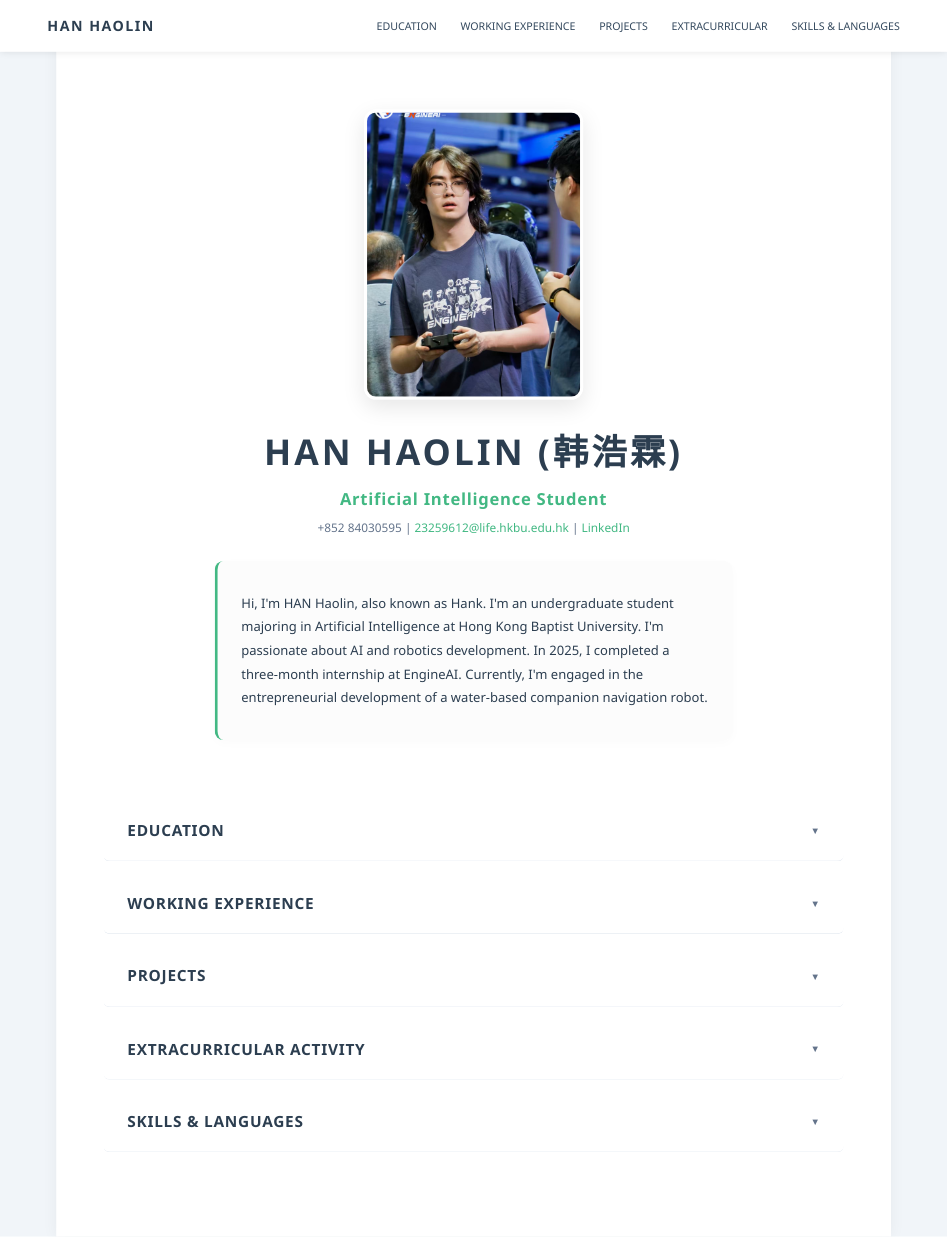
Repository: hhl2802149944-afk/hhl2802149944-afk.github.io
Page: /
The author's editor kept a copy of each file at every save. The page is drawn from the files as they stood at one save, then again after the next save.
The browser window is 1280 px wide. The pictures show the whole page, at 74% of full size.
The project was rebuilt for these pictures with package versions that can differ from the ones it lists, and the page was loaded fresh each time. Also part of the build but not shown: vite.config.js, src/components/ProjectCard.vue.

Above is the page before, as saved 2026-01-19 15:36:14.

### index.html
<!DOCTYPE html>
<html lang="en">
  <head>
    <meta charset="UTF-8">
    <link rel="icon" href="/favicon.ico">
    <meta name="viewport" content="width=device-width, initial-scale=1.0">
    <title>Han Haolin - Resume</title>
  </head>
  <body>
    <div id="app"></div>
    <script type="module" src="/src/main.js"></script>
  </body>
</html>

### src/App.vue
<script setup>
import { RouterView } from 'vue-router'
</script>

<template>
  <RouterView />
</template>

<style>
/* Global styles can go here */
</style>

### src/assets/main.css
:root {
  --primary-color: #2c3e50;
  --secondary-color: #34495e;
  --accent-color: #42b883;
  --text-color: #2c3e50;
  --light-text: #64748b;
  --bg-color: #f1f5f9;
  --card-bg: #ffffff;
  --border-color: #e2e8f0;
}

body {
  margin: 0;
  font-family: 'Segoe UI', Roboto, Helvetica, Arial, sans-serif;
  background-color: var(--bg-color);
  color: var(--text-color);
  line-height: 1.6;
}

#app {
  max-width: 1000px;
  margin: 0 auto;
  min-height: 100vh;
  background-color: white;
  box-shadow: 0 0 20px rgba(0,0,0,0.05);
  padding: 3rem 4rem;
}

h1, h2, h3, h4 {
  color: var(--primary-color);
  margin-top: 0;
}

a {
  color: var(--accent-color);
  text-decoration: none;
  transition: color 0.2s;
}

a:hover {
  color: var(--secondary-color);
  text-decoration: underline;
}

@media (max-width: 768px) {
  #app {
    padding: 2rem;
  }
}

@media (max-width: 480px) {
  #app {
    padding: 1rem;
  }
}

### src/views/HomeView.vue
<script setup>
import NavBar from '../components/NavBar.vue'
import ResumeHeader from '../components/ResumeHeader.vue'
import ResumeSection from '../components/ResumeSection.vue'
import ProjectCard from '../components/ProjectCard.vue'

const resumeData = {
  name: "Han Haolin (韩浩霖)",
  title: "Artificial Intelligence Student",
  summary: "Hi, I'm HAN Haolin, also known as Hank. I'm an undergraduate student majoring in Artificial Intelligence at Hong Kong Baptist University. I'm passionate about AI and robotics development. In 2025, I completed a three-month internship at EngineAI. Currently, I'm engaged in the entrepreneurial development of a water-based companion navigation robot.",
  contact: {
    phone: "+852 84030595",
    email: "23259612@life.hkbu.edu.hk",
    linkedin: "https://linkedin.com/in/HaolinHAN"
  },
  education: {
    school: "Hong Kong Baptist University",
    major: "Artificial Intelligence",
    gpa: "3.01/4",
    courses: ["Artificial Intelligence and Machine Learning", "Software Engineering", "Data Communications and Networking"]
  },
  experience: [
    {
      name: "EngineAI Robotics Technology Co., Ltd.",
      date: "May - Aug 2025",
      role: "Robot Embedded Software Intern",
      details: [
        "Learning robot embedded software development based on the Ubuntu system, conducting factory testing of products and developing with the Intel RealSense D435i.",
        "Participate in world-class artificial intelligence exhibitions such as Macau EXPO and WRC, showcasing company products while conducting market research and sales activities"
      ]
    },
    {
      name: "Student Helper for Computer Science",
      date: "Nov - Dec 2024",
      role: "Hong Kong Baptist University",
      details: [
        "Facilitated weekly Python programming labs under professor supervision.",
        "Providing hands-on coding guidance to 30+ undergraduate students."
      ]
    }
  ],
  projects: [
    {
      name: "Internship Management System Documentation",
      date: "Oct 2025 - Dec 2025",
      role: "Software Engineering Project",
      details: [
        "Proposal for Enhancements and Testing Plan for the Internship System.",
        "Total: 105 pages, 13,377 words."
      ]
    },
    {
      name: "Online Multiplayer Drawing and Chat Platform",
      date: "2025",
      role: "Full-Stack Developer",
      details: [
        "Designed and implemented a real-time multiplayer drawing and chat system.",
        "Full-Stack Design for a Library Management Website."
      ]
    },
    {
      name: "Java Game Development Portfolio",
      date: "2024",
      role: "Game Programmer",
      details: [
        "Successfully developed three classic games: Labyrinth, Tetris, and Modern Art.",
        "Designed and developed an original computer game as an independent project."
      ]
    },
    {
      name: "Soccer Recognition AI System",
      date: "2025",
      role: "AI Developer",
      details: [
        "Developed an autonomous model for identifying and tracking players and the ball in soccer footage.",
        "Implemented computer vision algorithms to process real-time sports video data."
      ]
    }
  ],
  extracurricular: [
    {
      name: "Internal Vice President",
      date: "Apr 2024 - Apr 2025",
      role: "HKBU Chinese Students and Scholars Association",
      details: [
        "Communicated with executive board members, organized team building, and improved cohesion.",
        "Organised a two-week orientation programme for 300 new mainland students.",
        "Managed a total of 13 events during the year."
      ]
    },
    {
      name: "ROBOCON 2025，HKBU",
      date: "Dec 2024 - Jan 2025",
      role: "Mechanical Design and Programming Engineer",
      details: [
        "Mechanical designer for the HKBU team in the 2025 Robocon robotics competition.",
        "Assisted with site identification and programming of AI autonomous task modules."
      ]
    }
  ],
  skills: {
    programming: ["Python", "Java", "Javascript", "HTML", "Markdown"],
    ai_tech: ["CNN", "RNN", "GAN", "Ubuntu"],
    publicity: ["Canva", "WeChat Public", "Capcut"]
  },
  languages: [
    { name: "Mandarin", level: "Native" },
    { name: "English", level: "Fluent" },
    { name: "Cantonese", level: "Basic" }
  ]
}
</script>

<template>
  <NavBar />
  <main class="resume-container">
    <ResumeHeader
      :name="resumeData.name"
      :title="resumeData.title"
      :contact="resumeData.contact"
      :summary="resumeData.summary"
    />

    <ResumeSection title="Education" id="education">
      <div class="education-item">
        <div class="edu-header">
          <h3>{{ resumeData.education.school }}</h3>
          <span class="gpa">cGPA: {{ resumeData.education.gpa }}</span>
        </div>
        <p class="major">Major: {{ resumeData.education.major }}</p>
        <p class="courses"><strong>Core Courses:</strong> {{ resumeData.education.courses.join(', ') }}</p>
      </div>
    </ResumeSection>

    <ResumeSection title="Working Experience" id="experience">
      <ProjectCard
        v-for="(exp, index) in resumeData.experience"
        :key="index"
        :project="exp"
      />
    </ResumeSection>

    <ResumeSection title="Projects" id="projects">
      <ProjectCard
        v-for="(proj, index) in resumeData.projects"
        :key="index"
        :project="proj"
      />
    </ResumeSection>

    <ResumeSection title="Extracurricular Activity" id="extracurricular">
      <ProjectCard
        v-for="(item, index) in resumeData.extracurricular"
        :key="index"
        :project="item"
      />
    </ResumeSection>

    <ResumeSection title="Skills & Languages" id="skills">
      <div class="skills-lang-grid">
        <div class="skills-grid">
          <div class="skill-category">
            <h4>Programming</h4>
            <div class="skill-tags">
              <span v-for="skill in resumeData.skills.programming" :key="skill" class="tag">{{ skill }}</span>
            </div>
          </div>
          <div class="skill-category">
            <h4>AI & Tools</h4>
            <div class="skill-tags">
              <span v-for="skill in resumeData.skills.ai_tech" :key="skill" class="tag">{{ skill }}</span>
            </div>
          </div>
          <div class="skill-category">
            <h4>Publicity & Design</h4>
            <div class="skill-tags">
              <span v-for="skill in resumeData.skills.publicity" :key="skill" class="tag">{{ skill }}</span>
            </div>
          </div>
        </div>

        <div class="lang-list">
          <div v-for="lang in resumeData.languages" :key="lang.name" class="lang-item">
            <span class="lang-name">{{ lang.name }}</span>
            <span class="lang-level">{{ lang.level }}</span>
          </div>
        </div>
      </div>
    </ResumeSection>
  </main>
</template>

<style scoped>
.resume-container {
  padding-bottom: 50px;
}

.education-item {
  margin-bottom: 1.5rem;
}

.edu-header {
  display: flex;
  justify-content: space-between;
  align-items: center;
}

.major {
  font-weight: bold;
  color: var(--accent-color);
  margin: 0.2rem 0;
}

.courses {
  font-size: 0.9rem;
  color: #555;
}

.skills-lang-grid {
  display: grid;
  grid-template-columns: 2fr 1fr;
  gap: 2rem;
  align-items: start;
}

.skills-grid {
  display: flex;
  flex-direction: column;
  gap: 1.5rem;
}

.skill-category h4 {
  margin-bottom: 1rem;
  color: var(--secondary-color);
  border-bottom: 1px solid #ddd;
  padding-bottom: 0.3rem;
  font-size: 1rem;
}

.skill-tags {
  display: flex;
  flex-wrap: wrap;
  gap: 0.5rem;
}

.tag {
  background: #eef2f7;
  padding: 0.3rem 0.8rem;
  border-radius: 15px;
  font-size: 0.85rem;
  color: var(--primary-color);
}

.lang-list {
  display: flex;
  flex-direction: column;
  gap: 0.8rem;
}

.lang-item {
  display: flex;
  justify-content: space-between;
  padding: 0.5rem;
  background: white;
  border-radius: 4px;
  border-left: 3px solid var(--accent-color);
  box-shadow: 0 1px 3px rgba(0,0,0,0.05);
}

.lang-name {
  font-weight: bold;
}

.lang-level {
  color: #666;
  font-size: 0.9rem;
}

@media (max-width: 768px) {
  .skills-lang-grid {
    grid-template-columns: 1fr;
  }
}
</style>

### src/components/NavBar.vue
<script setup>
import { ref } from 'vue'

const isMenuOpen = ref(false)

const sections = [
  { id: 'education', name: 'Education' },
  { id: 'experience', name: 'Working Experience' },
  { id: 'projects', name: 'Projects' },
  { id: 'extracurricular', name: 'Extracurricular' },
  { id: 'skills', name: 'Skills & Languages' }
]

const scrollToSection = (id) => {
  const el = document.getElementById(id)
  if (el) {
    el.scrollIntoView({ behavior: 'smooth' })
  }
  isMenuOpen.value = false
}
</script>

<template>
  <nav class="navbar">
    <div class="nav-container">
      <div class="nav-logo" @click="scrollToSection('hero')">HAN HAOLIN</div>

      <div class="nav-links" :class="{ 'nav-active': isMenuOpen }">
        <div v-for="section in sections"
             :key="section.id"
             class="nav-item"
             @click="scrollToSection(section.id)">
          {{ section.name }}
        </div>
      </div>

      <div class="burger" @click="isMenuOpen = !isMenuOpen">
        <div class="line1"></div>
        <div class="line2"></div>
        <div class="line3"></div>
      </div>
    </div>
  </nav>
</template>

<style scoped>
.navbar {
  position: fixed;
  top: 0;
  left: 0;
  width: 100%;
  height: 70px;
  background: white;
  display: flex;
  justify-content: center;
  align-items: center;
  z-index: 1000;
  box-shadow: 0 2px 10px rgba(0,0,0,0.1);
}

.nav-container {
  width: 90%;
  max-width: 1200px;
  display: flex;
  justify-content: space-between;
  align-items: center;
}

.nav-logo {
  font-weight: bold;
  font-size: 1.2rem;
  letter-spacing: 2px;
  cursor: pointer;
  color: var(--primary-color);
}

.nav-links {
  display: flex;
  gap: 2rem;
}

.nav-item {
  cursor: pointer;
  font-weight: 500;
  color: var(--secondary-color);
  transition: color 0.3s;
  font-size: 0.9rem;
  text-transform: uppercase;
}

.nav-item:hover {
  color: var(--accent-color);
}

.burger {
  display: none;
  cursor: pointer;
}

.burger div {
  width: 25px;
  height: 3px;
  background-color: var(--primary-color);
  margin: 5px;
  transition: all 0.3s ease;
}

@media screen and (max-width: 768px) {
  .nav-links {
    position: absolute;
    right: 0px;
    height: 92vh;
    top: 70px;
    background-color: white;
    display: flex;
    flex-direction: column;
    align-items: center;
    width: 50%;
    transform: translateX(100%);
    transition: transform 0.5s ease-in;
    padding-top: 2rem;
  }

  .nav-links.nav-active {
    transform: translateX(0%);
  }

  .burger {
    display: block;
  }
}
</style>

### src/components/ResumeHeader.vue
<script setup>
defineProps({
  name: String,
  title: String,
  contact: Object,
  summary: String
})

const imageUrl = '/assets/HAN Haolin.jpg'
</script>

<template>
  <header class="resume-header" id="hero">
    <div class="header-content">
      <div class="profile-pic-container">
        <img :src="imageUrl" alt="Han Haolin" class="profile-pic">
      </div>
      <div class="text-info">
        <h1>{{ name }}</h1>
        <p class="subtitle">{{ title }}</p>
        <div class="contact-info">
          <span>{{ contact.phone }}</span> |
          <a :href="'mailto:' + contact.email">{{ contact.email }}</a> |
          <a :href="contact.linkedin" target="_blank">LinkedIn</a>
        </div>
        <div class="about-me">
          <p>{{ summary }}</p>
        </div>
      </div>
    </div>
  </header>
</template>

<style scoped>
.resume-header {
  padding: 100px 0 50px 0;
  margin-bottom: 2rem;
  text-align: center;
}

.header-content {
  display: flex;
  flex-direction: column;
  align-items: center;
  gap: 2rem;
}

.text-info {
  max-width: 700px;
}

h1 {
  margin: 0;
  font-size: 3rem;
  text-transform: uppercase;
  letter-spacing: 4px;
  color: var(--primary-color);
}

.subtitle {
  font-size: 1.4rem;
  color: var(--accent-color);
  font-weight: 600;
  margin: 0.5rem 0;
  letter-spacing: 1px;
}

.contact-info {
  font-size: 1rem;
  color: var(--light-text);
  margin-bottom: 2rem;
}

.about-me {
  text-align: left;
  line-height: 1.8;
  font-size: 1.1rem;
  color: var(--text-color);
  background: #fcfcfc;
  padding: 1.5rem 2rem;
  border-radius: 12px;
  border-left: 4px solid var(--accent-color);
  box-shadow: 0 4px 15px rgba(0,0,0,0.02);
}

.profile-pic-container {
  width: 288px; /* 240 * 1.2 */
  height: 384px; /* 320 * 1.2 */
  border-radius: 16px;
  overflow: hidden;
  box-shadow: 0 10px 30px rgba(0,0,0,0.1);
  border: 4px solid white;
}

.profile-pic {
  width: 100%;
  height: 100%;
  object-fit: cover;
}

@media (max-width: 768px) {
  h1 { font-size: 2.2rem; }
  .profile-pic-container {
    width: 200px;
    height: 266px;
  }
}
</style>

### src/components/ResumeSection.vue
<script setup>
import { ref } from 'vue'

defineProps({
  title: String,
  id: String
})

const isOpen = ref(false)
</script>

<template>
  <section :id="id" class="resume-section">
    <div class="section-header" @click="isOpen = !isOpen">
      <h2>{{ title }}</h2>
      <span class="toggle-icon" :class="{ 'is-open': isOpen }">▼</span>
    </div>
    <transition name="fade">
      <div v-if="isOpen" class="section-content">
        <slot></slot>
      </div>
    </transition>
  </section>
</template>

<style scoped>
.resume-section {
  margin-bottom: 1rem;
  background: white;
  border-radius: 8px;
  overflow: hidden;
  border-bottom: 1px solid var(--border-color);
}

.section-header {
  padding: 1.5rem 2rem;
  display: flex;
  justify-content: space-between;
  align-items: center;
  cursor: pointer;
  background: #fff;
  transition: background 0.3s;
}

.section-header:hover {
  background: #fcfcfc;
}

h2 {
  font-size: 1.3rem;
  margin: 0;
  text-transform: uppercase;
  letter-spacing: 1px;
  color: var(--primary-color);
}

.toggle-icon {
  font-size: 0.8rem;
  transition: transform 0.3s;
  color: var(--light-text);
}

.toggle-icon.is-open {
  transform: rotate(180deg);
}

.section-content {
  padding: 0 2rem 2rem 2rem;
}

.fade-enter-active, .fade-leave-active {
  transition: opacity 0.3s ease, transform 0.3s ease;
}

.fade-enter-from, .fade-leave-to {
  opacity: 0;
  transform: translateY(-10px);
}
</style>

Loaded but not shown: src/main.js (common file); src/router/index.js (common file)

After the next save:
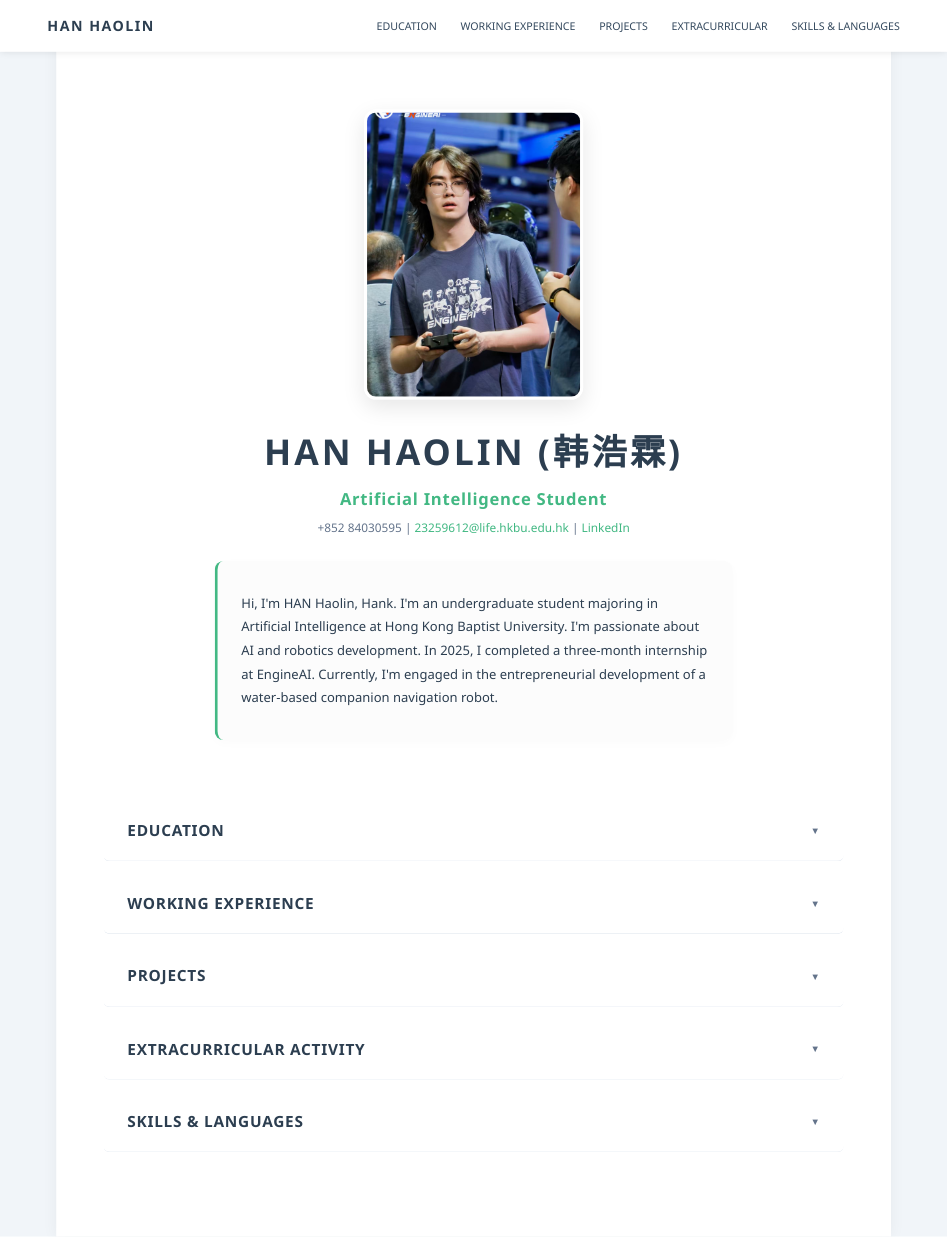
Saved 6 min 17 s later.
--- a/src/views/HomeView.vue
+++ b/src/views/HomeView.vue
@@ -7,7 +7,7 @@ import ProjectCard from '../components/ProjectCard.vue'
 const resumeData = {
   name: "Han Haolin (韩浩霖)",
   title: "Artificial Intelligence Student",
-  summary: "Hi, I'm HAN Haolin, also known as Hank. I'm an undergraduate student majoring in Artificial Intelligence at Hong Kong Baptist University. I'm passionate about AI and robotics development. In 2025, I completed a three-month internship at EngineAI. Currently, I'm engaged in the entrepreneurial development of a water-based companion navigation robot.",
+  summary: "Hi, I'm HAN Haolin, Hank. I'm an undergraduate student majoring in Artificial Intelligence at Hong Kong Baptist University. I'm passionate about AI and robotics development. In 2025, I completed a three-month internship at EngineAI. Currently, I'm engaged in the entrepreneurial development of a water-based companion navigation robot.",
   contact: {
     phone: "+852 84030595",
     email: "23259612@life.hkbu.edu.hk",
